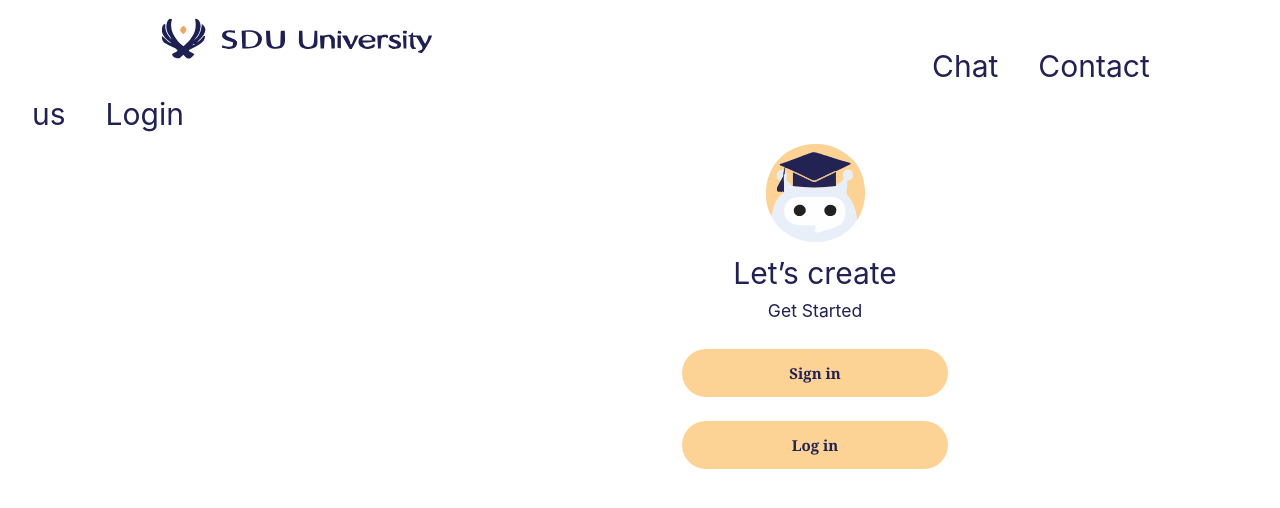
Repository: tolepbekova/Community_v.l
Page: /auth
An editor plug-in stored every save of this project. The page is shown before and after the next save, followed by the edit.
The browser window is 1280 px wide. The pictures show the whole page.
The project was rebuilt for these pictures with package versions that can differ from the ones it lists, and the page was loaded fresh each time. Also part of the build but not shown: vite.config.js, src/components/HelloWorld.vue, src/views/Login.vue. Imported but missing from the stored project, and not drawn on this page: src/views/Change.vue.

Above is the page before, as saved 2024-05-10 09:17:31.

### src/App.vue
<script setup>
import HelloWorld from './components/HelloWorld.vue'
import router from './router/index.js'
import './assets/base.css'
</script>

<template>
    <div id="app">

         <router-view />
    </div>

</template>

<style>
/* #app {
    display: flex;

}

#header {
    display: flex;
    width: 100%;
    flex-direction: column;
    align-items: center;
    justify-content: space-between;
    position: fixed;
    margin-left: 0px;
    margin-right: 0px;
    margin-top: 0px;
}

#header img {
    width: 218px;
    height: 77px;
}

#navbar {
    display: flex;
    align-items: center;
    justify-content: center;
}
span  {
    list-style: none;
    padding: 0 20px;
    text-decoration: none;
    font-size: 30px;
    color: rgba(33, 33, 83, 1);
    transition: 0.3s ease;
}

#navbar li :hover {
    color: rgb(237, 237, 167);
} */
</style>

### src/router/index.js
import Vue from 'vue'
import VueRouter from 'vue-router'
import Login from '../views/Login.vue'

Vue.use(VueRouter)

const router = new VueRouter({
  mode: 'history',
  base: import.meta.env.BASE_URL,
  routes: [
    {
      path: '/',
      name: 'login',
      component: Login
    },
    {
      path: '/getstart',
      name: 'getstart',
      // route level code-splitting
      // this generates a separate chunk (About.[hash].js) for this route
      // which is lazy-loaded when the route is visited.
      component: () => import('../views/AboutView.vue')
    },
    {
      path: '/home',
      name: 'home',
      // route level code-splitting
      // this generates a separate chunk (About.[hash].js) for this route
      // which is lazy-loaded when the route is visited.
      component: () => import('../views/About.vue')
    },
    {
      path: '/sign',
      name: 'signin',
      component: () => import('../views/Signin.vue')
    },
    {
      path: '/contact',
      name: 'contact',
      component: () => import('../views/Contact.vue')
    },
    {
      path: '/auth',
      name: 'auth',
      component: () => import('../views/Auth.vue')
    },
    {
      path: '/change',
      name: 'change',
      component: () => import('../views/Change.vue')
    },

  ]
})

export default router

### src/assets/main.css
@import "./base.css";

#app {

  font-weight: normal;
}

a,
.green {
  text-decoration: none;
  color: hsla(160, 100%, 37%, 1);
  transition: 0.4s;
}

@media (hover: hover) {
  a:hover {
    background-color: hsla(160, 100%, 37%, 0.2);
  }
}

@media (min-width: 1024px) {
  body {
    display: flex;
    place-items: center;
  }

  #app {
    display: grid;
    grid-template-columns: 1fr 1fr;
    padding: 0 2rem;
  }
}

### src/assets/base.css
/* color palette from <https://github.com/vuejs/theme> */
:root {
  --vt-c-white: #ffffff;
  --vt-c-white-soft: #f8f8f8;
  --vt-c-white-mute: #f2f2f2;

  --vt-c-black: #181818;
  --vt-c-black-soft: #222222;
  --vt-c-black-mute: #282828;

  --vt-c-indigo: #2c3e50;

  --vt-c-divider-light-1: rgba(60, 60, 60, 0.29);
  --vt-c-divider-light-2: rgba(60, 60, 60, 0.12);
  --vt-c-divider-dadarkrk-1: rgba(84, 84, 84, 0.65);
  --vt-c-divider-dark-2: rgba(84, 84, 84, 0.48);

  --vt-c-text-light-1: var(--vt-c-indigo);
  --vt-c-text-light-2: rgba(60, 60, 60, 0.66);
  --vt-c-text-dark-1: var(--vt-c-white);
  --vt-c-text-dark-2: rgba(235, 235, 235, 0.64);
}

/* semantic color variables for this project */
:root {
  --color-background: var(--vt-c-white);
  --color-background-soft: var(--vt-c-white-soft);
  --color-background-mute: var(--vt-c-white-mute);

  --color-border: var(--vt-c-divider-light-2);
  --color-border-hover: var(--vt-c-divider-light-1);

  --color-heading: var(--vt-c-text-light-1);
  --color-text: var(--vt-c-text-light-1);

  --section-gap: 160px;
}

@media (prefers-color-scheme: dark) {
  :root {
    --color-background: var(--vt-c-black);
    --color-background-soft: var(--vt-c-black-soft);
    --color-background-mute: var(--vt-c-black-mute);

    --color-border: var(--vt-c-divider-dark-2);
    --color-border-hover: var(--vt-c-divider-dark-1);

    --color-heading: var(--vt-c-text-dark-1);
    --color-text: var(--vt-c-text-dark-2);
  }
}

*,
*::before,
*::after {
  box-sizing: border-box;
  margin: 0;
  position: relative;
  font-weight: normal;
}
html{
  padding: 0;
  margin: 0;
}
body {
  min-height: 10vh;
  padding: 0;
  margin: 0;
  transition: color 0.5s, background-color 0.5s;
  line-height: 1.6;
  font-family: Inter, -apple-system, BlinkMacSystemFont, 'Segoe UI', Roboto, Oxygen, Ubuntu,
    Cantarell, 'Fira Sans', 'Droid Sans', 'Helvetica Neue', sans-serif;
  font-size: 15px;
  text-rendering: optimizeLegibility;
  -webkit-font-smoothing: antialiased;
  -moz-osx-font-smoothing: grayscale;
}

### src/views/Auth.vue
<template>
    <div>
        <v-app id="header">
            <v-card color="grey lighten-4" flat height="100px" tile>
                <v-toolbar dense>

                  <router-link   to="/home"> <img class="logo" src="../assets/logo/log.svg"></router-link>

                    <v-spacer></v-spacer>

                    <span class="fir"><router-link to="/getstart">Chat</router-link></span>
                        <span><router-link to="/contact">Contact us</router-link></span>
                        <span><router-link to="/auth">Login</router-link></span>


                </v-toolbar>
            </v-card>
        </v-app>

        <br><br><br><br>

        <div class="abrow">
            <br><br>
            <div class="abcolumn">

                <img class="final" src="../assets/logo/finalicon13_1.svg" alt="">
            </div>
            <div class="abcolumn">
                <h1>Let’s create</h1>
                <h3>Get Started</h3>

                <br>
                <router-link to="/sign"> <button class="lbtn1"> Sign in</button></router-link>
                <br>
                <router-link to="/"><button class="lbtn2">Log in</button></router-link>
                <br><br><br>
            </div>
        </div>

        <!-- <v-footer class="section">

            <img src="../assets/logo/logo-white.svg" alt="SDU University" width="100" height="100">
            <br><br>
            <span class="elementor-icon-list-text">2024 All rights reserved</span>

        </v-footer> -->
    </div>
</template>

<script>
export default {
    name: 'Auth'
}
</script>

<style scoped>
h1 {
    color: rgba(33, 33, 83, 1);
}

#app {
    display: flex;

}

#header {
    display: flex;
    width: 100%;
    align-items: center;
    justify-content: space-between;
    position: fixed;
    margin-left: 0px;
    margin-right: 0px;
    margin-top: 0px;
    color:rgba(33, 33, 83, 1) ;
}

.logo {
    width: 270px;
    height: 77px;
    margin-left: 130px ;
}

#navbar {
    display: flex;
    align-items: center;
    justify-content: center;
}
.fir {
  margin-left: 480px;
}
span  {
    list-style: none;
    padding: 0 20px;
    text-decoration: none;
    font-size: 30px;
    color: rgba(33, 33, 83, 1);
    transition: 0.3s ease;
}

#navbar li :hover {
    color: rgba(33, 33, 83, 1);
}
h1 {
  color: rgba(33, 33, 83, 1);
}



.abcolu {
  margin: 0 auto;
  display: block;
  text-align: center;
}

.final {
  max-width: 99px;
  max-height: 99px;
}


.abrow {
    margin: 0 auto;
    display: block;
    text-align: center;
    margin-left: 650px;
}

.abcolumn {
    margin: 0 auto;
    display: block;
    text-align: center;
    color: rgba(33, 33, 83, 1);
}

img {
    width: 109px;
}

.abp {
    margin: 0 auto;
    display: block;
    width: 670px;
    height: 100px;
}

.icon {
    width: 24px;
    height: 24px;
}

.section {
    border-radius: 50px 50px 0 0;
    background-color: rgba(33, 33, 83, 1);
    color: #fff;
    padding: 10px;
    text-align: center;
    position: fixed;
    bottom: 0;
    width: 100%;
    height: 19%;
}

a {
    color: rgba(33, 33, 83, 1);
    font-style: none;
    text-decoration: none;
}
.lbtn1 {
    margin: 0 auto;
    display: block;
    width: 266px;
    height: 48px;
    border-radius: 30px;
    color: rgba(33, 33, 83, 1);
    background-color: rgba(253, 211, 149, 1);
    border: none;
    font-size: 15px;
    font-family: Cambria, Cochin, Georgia, Times, 'Times New Roman', serif;
    font-weight: bold;

  }
  .lbtn2 {
    margin: 0 auto;
    display: block;
    width: 266px;
    height: 48px;
    border-radius: 30px;
    color: rgba(33, 33, 83, 1);
    background-color: rgba(253, 211, 149, 1);
    border: none;
    font-size: 15px;
    font-family:Cambria, Cochin, Georgia, Times, 'Times New Roman', serif;
    font-weight: bold;

  }
</style>

Loaded but not shown: index.html (common file); src/main.js (common file)

After the next save:
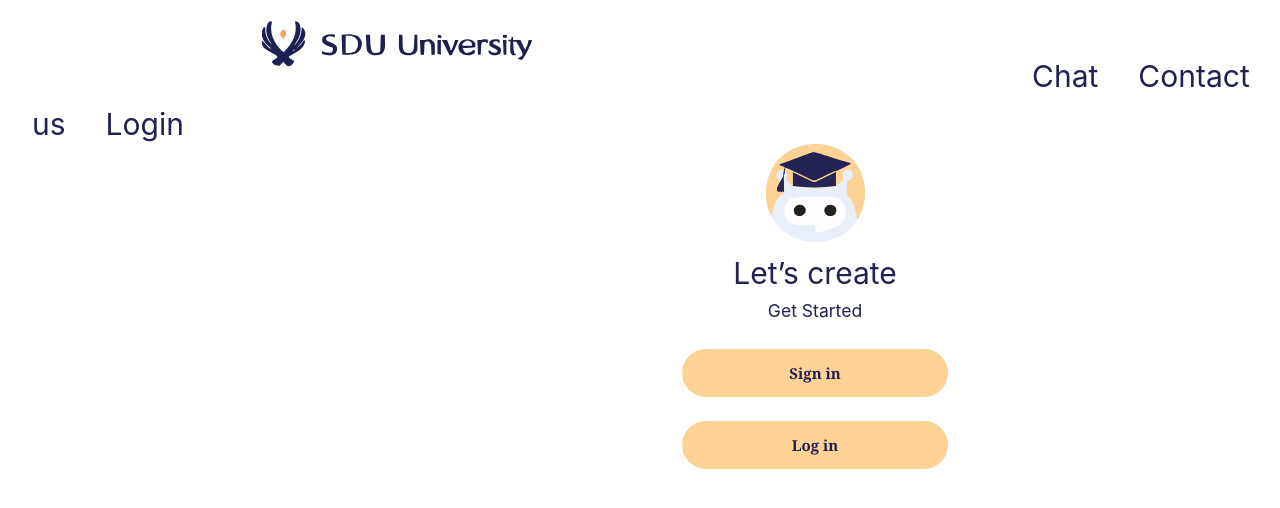
Saved 8 s later.
--- a/src/views/Auth.vue
+++ b/src/views/Auth.vue
@@ -77,8 +77,8 @@
 
 .logo {
     width: 270px;
-    height: 77px;
-    margin-left: 130px ;
+    height: 87px;
+    margin-left: 230px;
 }
 
 #navbar {
